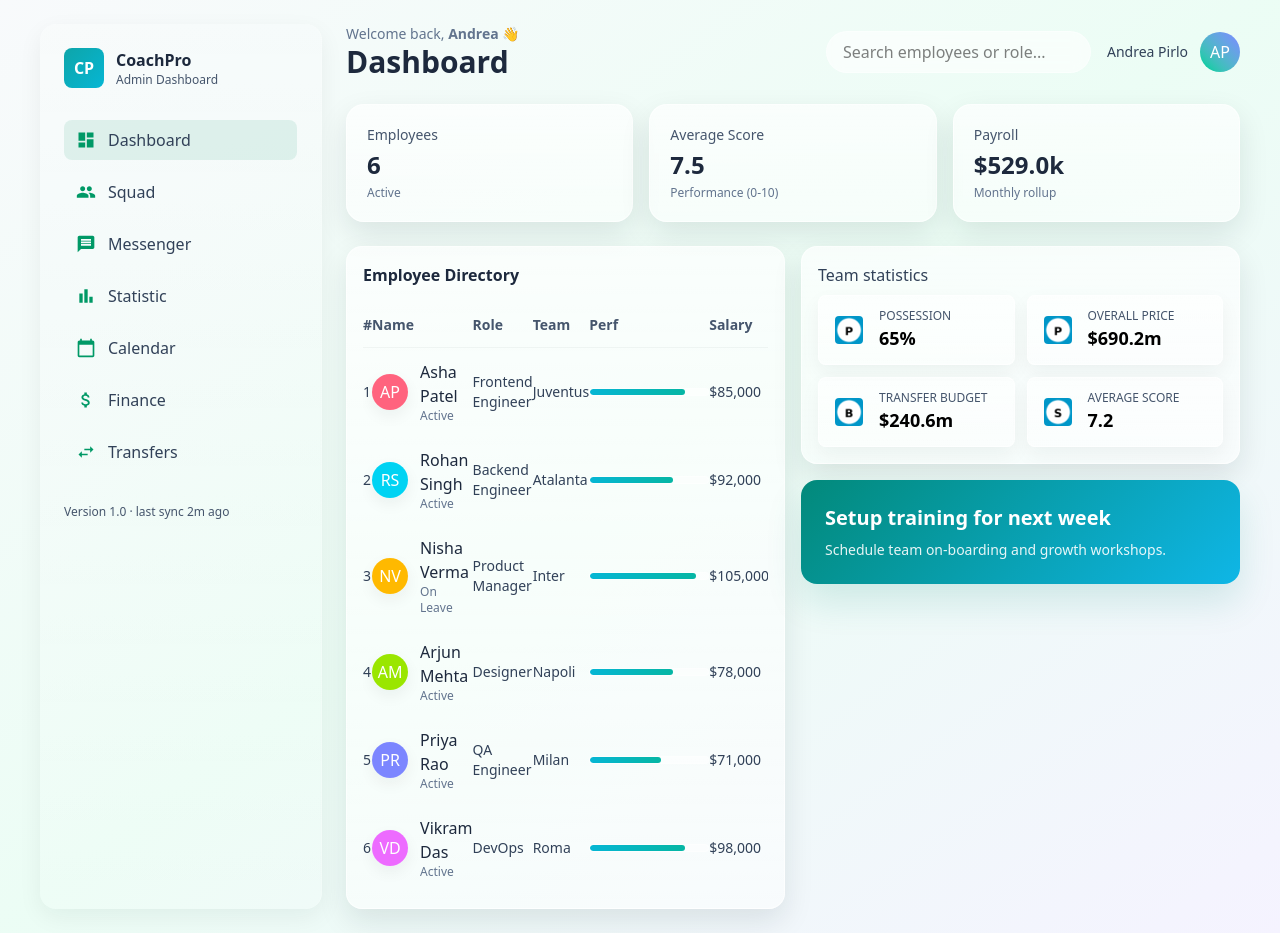
Repository: Khushichugh14/crm-dashboard
Page: /
An editor plug-in stored every save of this project. The page is shown before and after the next save, followed by the edit.
The browser window is 1280 px wide. The pictures show the whole page.
The project was rebuilt for these pictures with package versions that can differ from the ones it lists, and the page was loaded fresh each time. Also part of the build but not shown: vite.config.ts, src/components/EditModal.tsx.

Above is the page before, as saved 2025-12-11 18:26:18.

### src/main.tsx
import { createRoot } from 'react-dom/client'
import './index.css'
import App from './App.tsx'
import React from 'react'

createRoot(document.getElementById('root')!).render(
  <React.StrictMode>
    <App />
  </React.StrictMode>,
)

### src/index.css
@import "tailwindcss";

body {
  @apply bg-gradient-to-br from-slate-50 via-emerald-50 to-violet-50;
  font-family: Inter, ui-sans-serif, system-ui, -apple-system, "Segoe UI", Roboto, "Helvetica Neue", Arial;
}

### src/App.tsx
import React from "react";
import Dashboard from "./pages/Dashboard";

function App() {
  return <Dashboard/>;
}

export default App;

### src/pages/Dashboard.tsx
import React, { useMemo, useState } from "react";
import Sidebar from "../components/Sidebar";
import Header from "../components/Header";
import StatCard from "../components/StatCard";
import MiniCard from "../components/MiniCard";
import EmployeeTable from "../components/EmployeeTable";
import EditModal from "../components/EditModal";
import { sampleEmployees } from "../data/sampleEmployees";
import type { Employee } from "../types/employee";
import { THEME } from "../theme";
import possessionIcon from "../assets/icons/possession.png";
import priceIcon from "../assets/icons/price.png";
import budgetIcon from "../assets/icons/budget.png";
import scoreIcon from "../assets/icons/score.png";



export default function Dashboard() {
  const [employees, setEmployees] = useState<Employee[]>(sampleEmployees);
  const [query, setQuery] = useState("");
  const [editing, setEditing] = useState<Employee | null>(null);

  const totalSalary = useMemo(() => employees.reduce((s, e) => s + e.salary, 0), [employees]);
  const avgPerf = useMemo(() => (employees.reduce((s, e) => s + e.performance, 0) / employees.length).toFixed(1), [employees]);

  const filtered = employees.filter(e =>
    e.name.toLowerCase().includes(query.toLowerCase()) ||
    e.role.toLowerCase().includes(query.toLowerCase())
  );

  function onSave(emp: Employee) {
    setEmployees(prev => prev.map(p => (p.id === emp.id ? emp : p)));
    setEditing(null);
  }

  function onDelete(id: string) {
    setEmployees(prev => prev.filter(p => p.id !== id));
  }

  return (
    <div className="min-h-screen p-6 bg-gradient-to-br from-slate-50 via-emerald-50 to-violet-50 font-sans">
      <div className="max-w-[1200px] mx-auto grid grid-cols-12 gap-6">
        <aside className="col-span-3">
          <Sidebar theme={THEME} />
        </aside>

        <main className="col-span-9">
          <Header query={query} setQuery={setQuery} theme={THEME} />
          <section className="grid grid-cols-3 gap-4 my-6">
            <StatCard title="Employees" value={String(employees.length)} subtitle="Active" theme={THEME} />
            <StatCard title="Average Score" value={avgPerf} subtitle="Performance (0-10)" theme={THEME} />
            <StatCard title="Payroll" value={`$${(totalSalary/1000).toFixed(1)}k`} subtitle="Monthly rollup" theme={THEME} />
          </section>

          <section className="grid grid-cols-2 gap-4">
            <div
              className="rounded-2xl p-4"
              style={{
                background: THEME.cardBg,
                border: `1px solid ${THEME.cardBorder}`,
                boxShadow: THEME.glassShadow,
              }}
            >
              <div className="flex items-center justify-between mb-4">
                <h2 className="font-semibold text-slate-800">Employee Directory</h2>
              </div>
              <div className="overflow-auto">
                <EmployeeTable employees={filtered} onEdit={setEditing} onDelete={onDelete} theme={THEME} />
              </div>
            </div>

            <div className="space-y-4">
              <div
                className="rounded-2xl p-4"
                style={{
                  background: THEME.cardBg,
                  border: `1px solid ${THEME.cardBorder}`,
                  boxShadow: THEME.glassShadow,
                }}
              >
                <h3 className="font-medium text-slate-700 mb-2">Team statistics</h3>
                <div className="grid grid-cols-2 gap-3">
                  <MiniCard label="POSSESSION" value="65%" icon={possessionIcon} />
<MiniCard label="OVERALL PRICE" value="$690.2m" icon={priceIcon} />
<MiniCard label="TRANSFER BUDGET" value="$240.6m" icon={budgetIcon} />
<MiniCard label="AVERAGE SCORE" value="7.2" icon={scoreIcon} />
                </div>
              </div>

              <div
                className="rounded-2xl p-6 text-white"
                style={{
                  background: "linear-gradient(135deg,#02897a,#0fb6e6)",
                  boxShadow: "0 18px 36px rgba(2,137,122,0.14)",
                }}
              >
                <h3 className="font-bold text-xl">Setup training for next week</h3>
                <p className="mt-2 text-sm opacity-90">Schedule team on-boarding and growth workshops.</p>
              </div>
            </div>
          </section>
        </main>
      </div>

      {editing && <EditModal employee={editing} onClose={() => setEditing(null)} onSave={onSave} theme={THEME} />}
    </div>
  );
}

### src/components/Sidebar.tsx
import React from "react";
import { MdDashboard, MdPeople, MdMessage, MdBarChart, MdCalendarToday, MdAttachMoney, MdSwapHoriz } from "react-icons/md";

export default function Sidebar() {
  const menu = [
    { label: "Dashboard", icon: <MdDashboard size={20} /> },
    { label: "Squad", icon: <MdPeople size={20} /> },
    { label: "Messenger", icon: <MdMessage size={20} /> },
    { label: "Statistic", icon: <MdBarChart size={20} /> },
    { label: "Calendar", icon: <MdCalendarToday size={20} /> },
    { label: "Finance", icon: <MdAttachMoney size={20} /> },
    { label: "Transfers", icon: <MdSwapHoriz size={20} /> },
  ];

  return (
    <div
      className="h-full rounded-2xl p-6"
      style={{
        background: "linear-gradient(180deg, rgba(255,255,255,0.18), rgba(255,255,255,0.12))",
        borderRight: "1px solid rgba(255,255,255,0.22)",
        boxShadow: "0 8px 24px rgba(14,30,37,0.06)",
      }}
    >
      <div className="flex items-center gap-3 mb-8">
        <div className="h-10 w-10 rounded-lg flex items-center justify-center text-white font-bold"
             style={{ background: "linear-gradient(135deg,#0ea5a9,#06b6d4)" }}>
          CP
        </div>
        <div>
          <div className="text-slate-800 font-semibold">CoachPro</div>
          <div className="text-xs text-slate-600">Admin Dashboard</div>
        </div>
      </div>

      <nav className="flex flex-col gap-3">
        {menu.map((it, idx) => (
          <button key={it.label}
            className={`flex items-center gap-3 py-2 px-3 rounded-lg transition-all duration-150 text-slate-700 hover:bg-white/10 ${idx===0 ? "bg-emerald-600/10 text-emerald-700" : ""}`}>
            <span className="text-emerald-600">{it.icon}</span>
            <span>{it.label}</span>
          </button>
        ))}
      </nav>

      <div className="mt-8 text-xs text-slate-600">Version 1.0 · last sync 2m ago</div>
    </div>
  );
}

### src/components/Header.tsx
import React from "react";
type Theme = any;

export default function Header({ query, setQuery, theme }: { query: string; setQuery: (v: string) => void; theme: Theme; }) {
  return (
    <header className="flex items-center justify-between mb-6">
      <div>
        <div className="text-slate-500 text-sm">Welcome back, <span className="font-semibold">Andrea</span> 👋</div>
        <h1 className="text-3xl font-extrabold text-slate-800">Dashboard</h1>
      </div>

      <div className="flex items-center gap-4">
        <input
          value={query}
          onChange={(e) => setQuery(e.target.value)}
          placeholder="Search employees or role..."
          className="px-4 py-2 rounded-full border border-white/40 bg-white/60 backdrop-blur-sm"
          style={{ outline: "none" }}
        />
        <div className="flex items-center gap-3">
          <div className="text-sm text-slate-700">Andrea Pirlo</div>
          <div className="h-10 w-10 rounded-full bg-gradient-to-tr from-emerald-400 to-indigo-400 text-white flex items-center justify-center">AP</div>
        </div>
      </div>
    </header>
  );
}

### src/components/StatCard.tsx
import React from "react";
type Theme = any;

export default function StatCard({ title, value, subtitle, theme }: { title: string; value: string; subtitle?: string; theme: Theme; }) {
  return (
    <div
      className="rounded-2xl p-5"
      style={{
        background: theme.cardBg,
        border: `1px solid ${theme.cardBorder}`,
        borderRadius: theme.cardRadius,
        boxShadow: theme.glassShadow,
      }}
    >
      <div className="text-sm text-slate-600">{title}</div>
      <div className="text-2xl font-bold text-slate-800 mt-1">{value}</div>
      {subtitle && <div className="text-xs text-slate-500 mt-1">{subtitle}</div>}
    </div>
  );
}

### src/components/MiniCard.tsx
import React from "react";

export default function MiniCard({ label, value, icon }: { label: string; value: string; icon?: string; }) {
  return (
    <div
      className="rounded-lg p-3 flex items-center gap-3"
      style={{
        background: "linear-gradient(180deg, rgba(255,255,255,0.60), rgba(255,255,255,0.48))",
        border: `1px solid rgba(255,255,255,0.6)`,
        boxShadow: "0 8px 20px rgba(14,30,37,0.05)",
      }}
    >
      {icon && <img src={icon} alt={label} className="h-9 w-9 p-1 rounded-lg" />}
      <div>
        <div className="text-xs text-slate-600">{label}</div>
        <div className="font-semibold text-lg">{value}</div>
      </div>
    </div>
  );
}

### src/components/EmployeeTable.tsx
import React from "react";
import type { Employee } from "../types/employee";
type Theme = any;

export default function EmployeeTable({ employees, onEdit, onDelete, theme }:
  { employees: Employee[]; onEdit: (e: Employee) => void; onDelete: (id: string) => void; theme: Theme; }) {

  return (
    <div className="table-root">
      <table className="w-full text-left">
        <thead>
          <tr className="text-sm text-slate-600" style={{ borderBottom: "1px solid rgba(14,30,37,0.04)" }}>
            <th className="py-3">#</th>
            <th>Name</th>
            <th>Role</th>
            <th>Team</th>
            <th>Perf</th>
            <th>Salary</th>
            <th className="text-right">Actions</th>
          </tr>
        </thead>
        <tbody>
          {employees.map((e, i) => (
            <tr key={e.id} className="odd:bg-white/10 even:bg-transparent">
              <td className="py-3 text-sm text-slate-700">{i + 1}</td>

              <td className="py-3 flex items-center gap-3">
                <div
                  className="h-9 w-9 rounded-full flex items-center justify-center text-white font-medium"
                  style={{
                    background: (e.avatarColor ? undefined : "#94a3b8"),
                    boxShadow: "0 6px 16px rgba(14,30,37,0.06)",
                  }}
                >
                  <div className={`${e.avatarColor ?? "bg-slate-400"} h-9 w-9 rounded-full flex items-center justify-center text-white font-medium`}>
                    {e.name.split(" ").map(n => n[0]).slice(0, 2).join("")}
                  </div>
                </div>

                <div>
                  <div className="font-medium text-slate-800">{e.name}</div>
                  <div className="text-xs text-slate-500">{e.status}</div>
                </div>
              </td>

              <td className="py-3 text-sm text-slate-700">{e.role}</td>
              <td className="py-3 text-sm text-slate-700">{e.team}</td>
              <td className="py-3 text-sm">
                <div style={{
                  width: 120,
                  height: 8,
                  background: "rgba(255,255,255,0.45)",
                  borderRadius: 999,
                  overflow: "hidden",
                  border: "1px solid rgba(255,255,255,0.35)"
                }}>
                  <div style={{
                    width: `${(e.performance / 10) * 100}%`,
                    height: "100%",
                    background: "linear-gradient(90deg,#06b6d4,#06b6a4)",
                    borderRadius: 999
                  }} />
                </div>
              </td>

              <td className="py-3 text-sm text-slate-700">${e.salary.toLocaleString()}</td>
              <td className="py-3 text-right">
                <div className="inline-flex gap-2">
                  <button onClick={() => onEdit(e)} className="px-3 py-1 rounded-lg bg-white/20">Edit</button>
                  <button onClick={() => onDelete(e.id)} className="px-3 py-1 rounded-lg" style={{ background: "rgba(255,0,64,0.06)", color: "#9f1239" }}>Delete</button>
                </div>
              </td>
            </tr>
          ))}
        </tbody>
      </table>

      {employees.length === 0 && <div className="p-4 text-sm text-slate-600">No employees found.</div>}
    </div>
  );
}

### src/data/sampleEmployees.ts
import type { Employee } from "../types/employee";
import juveLogo from "../assets/teams/juventus.png";
import atalantaLogo from "../assets/teams/atalanta.png";
import interLogo from "../assets/teams/inter.png";
import napoliLogo from "../assets/teams/napoli.png";
import milanLogo from "../assets/teams/milan.png";
import romaLogo from "../assets/teams/roma.png";

export const sampleEmployees: Employee[] = [
  { id: "e1", name: "Asha Patel", role: "Frontend Engineer", team: "Juventus", teamLogo: juveLogo, avatarColor: "bg-rose-400", salary: 85000, performance: 8, status: "Active" },
  { id: "e2", name: "Rohan Singh", role: "Backend Engineer", team: "Atalanta", teamLogo: atalantaLogo, avatarColor: "bg-cyan-400", salary: 92000, performance: 7, status: "Active" },
  { id: "e3", name: "Nisha Verma", role: "Product Manager", team: "Inter", teamLogo: interLogo, avatarColor: "bg-amber-400", salary: 105000, performance: 9, status: "On Leave" },
  { id: "e4", name: "Arjun Mehta", role: "Designer", team: "Napoli", teamLogo: napoliLogo, avatarColor: "bg-lime-400", salary: 78000, performance: 7, status: "Active" },
  { id: "e5", name: "Priya Rao", role: "QA Engineer", team: "Milan", teamLogo: milanLogo, avatarColor: "bg-indigo-400", salary: 71000, performance: 6, status: "Active" },
  { id: "e6", name: "Vikram Das", role: "DevOps", team: "Roma", teamLogo: romaLogo, avatarColor: "bg-fuchsia-400", salary: 98000, performance: 8, status: "Active" },
];

### src/theme.ts
// theme.ts

export const THEME = {
  cardBg: "linear-gradient(180deg, rgba(255,255,255,0.66), rgba(255,255,255,0.52))",
  panelBg: "linear-gradient(180deg, rgba(250,250,250,0.68), rgba(245,251,250,0.48))",
  cardBorder: "rgba(255,255,255,0.65)",
  glassShadow: "0 12px 30px rgba(14,30,37,0.10)",
  cardRadius: 18,
};

After the next save:
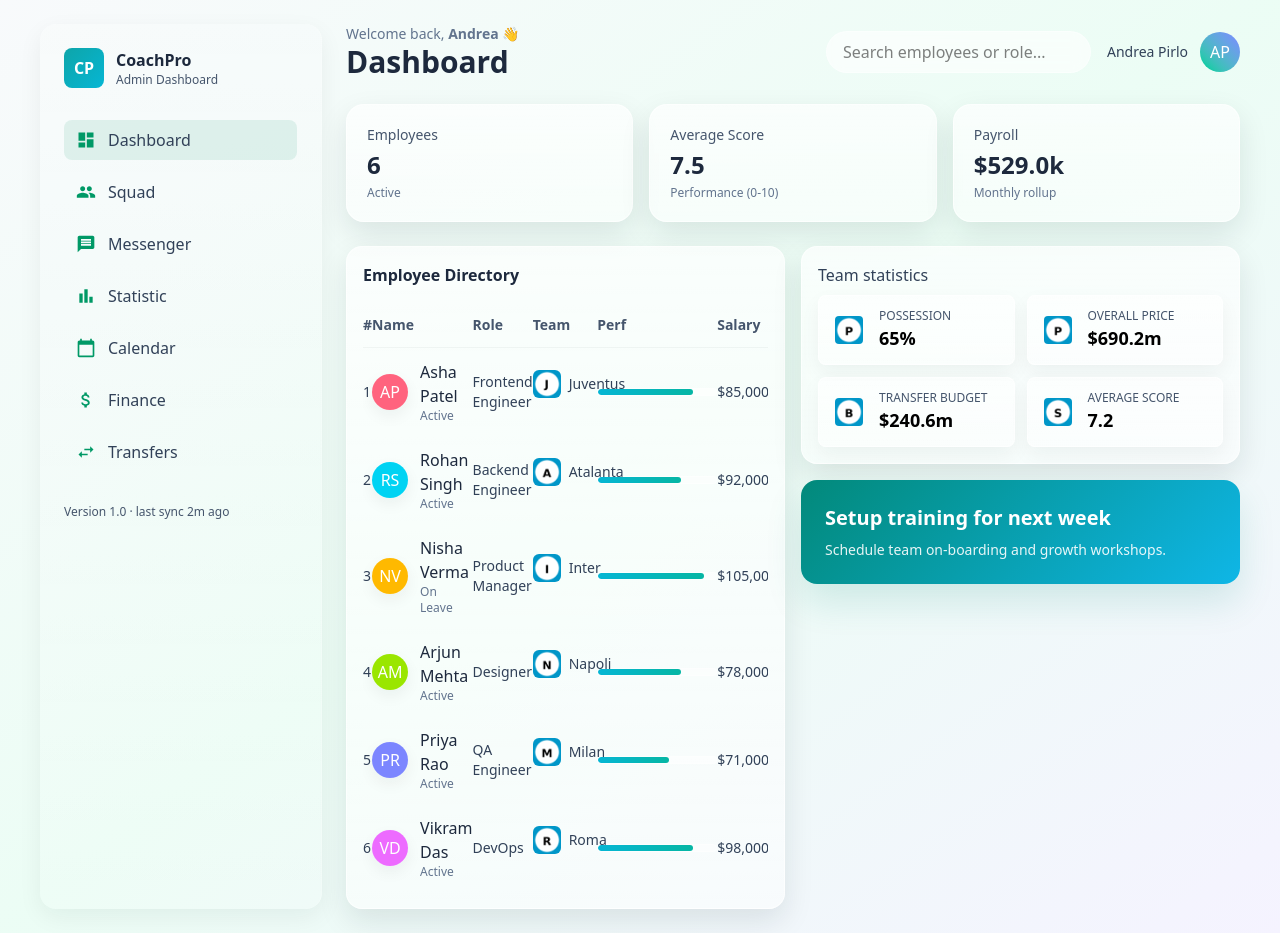
Saved 21 s later.
--- a/src/components/EmployeeTable.tsx
+++ b/src/components/EmployeeTable.tsx
@@ -1,9 +1,8 @@
 import React from "react";
 import type { Employee } from "../types/employee";
-type Theme = any;
 
-export default function EmployeeTable({ employees, onEdit, onDelete, theme }:
-  { employees: Employee[]; onEdit: (e: Employee) => void; onDelete: (id: string) => void; theme: Theme; }) {
+export default function EmployeeTable({ employees, onEdit, onDelete }:
+  { employees: Employee[]; onEdit: (e: Employee) => void; onDelete: (id: string) => void; }) {
 
   return (
     <div className="table-root">
@@ -27,10 +26,7 @@ export default function EmployeeTable({ employees, onEdit, onDelete, theme }:
               <td className="py-3 flex items-center gap-3">
                 <div
                   className="h-9 w-9 rounded-full flex items-center justify-center text-white font-medium"
-                  style={{
-                    background: (e.avatarColor ? undefined : "#94a3b8"),
-                    boxShadow: "0 6px 16px rgba(14,30,37,0.06)",
-                  }}
+                  style={{ boxShadow: "0 6px 16px rgba(14,30,37,0.06)" }}
                 >
                   <div className={`${e.avatarColor ?? "bg-slate-400"} h-9 w-9 rounded-full flex items-center justify-center text-white font-medium`}>
                     {e.name.split(" ").map(n => n[0]).slice(0, 2).join("")}
@@ -44,7 +40,12 @@ export default function EmployeeTable({ employees, onEdit, onDelete, theme }:
               </td>
 
               <td className="py-3 text-sm text-slate-700">{e.role}</td>
-              <td className="py-3 text-sm text-slate-700">{e.team}</td>
+
+              <td className="py-3 text-sm text-slate-700 flex items-center gap-2">
+                {e.teamLogo && <img src={e.teamLogo} alt={e.team} className="h-7 w-7 rounded-md object-contain" />}
+                <span>{e.team}</span>
+              </td>
+
               <td className="py-3 text-sm">
                 <div style={{
                   width: 120,
@@ -64,6 +65,7 @@ export default function EmployeeTable({ employees, onEdit, onDelete, theme }:
               </td>
 
               <td className="py-3 text-sm text-slate-700">${e.salary.toLocaleString()}</td>
+
               <td className="py-3 text-right">
                 <div className="inline-flex gap-2">
                   <button onClick={() => onEdit(e)} className="px-3 py-1 rounded-lg bg-white/20">Edit</button>
